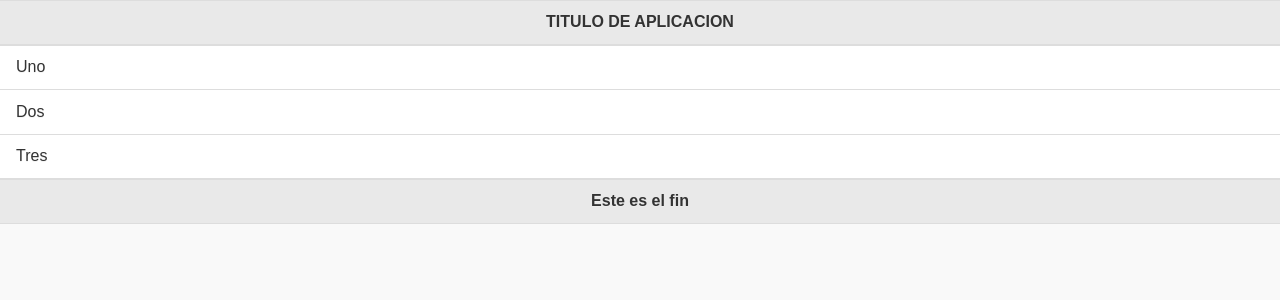
Repository: dguayara/prueba
Page: index.html
The author's editor kept a record of every edit. The page is drawn from the files as they stood at one moment, then again after the next edit.
The browser window is 1280 px wide. The pictures show the whole page.

Above is the page before.

### index.html
<!DOCTYPE html>
<html>
    <head>
        <title>APLICACION DE PRUEBA</title>
        <meta name="viewport" content="width=device-width, initial-scale=1" />
	    <link rel="stylesheet" href="jquery/jquery.mobile-1.4.5.min.css" />
	    <script src="jquery/jquery-1.11.1.min.js"></script>
	    <script src="jquery/jquery.mobile-1.4.5.min.js"></script>
    </head>
    <body>
        <header data-role="header"><h1>TITULO DE APLICACION</h1></header>
        <article data-role="content">
            <ul data-role="listview">
                <li>Uno</li>
                <li>Dos</li>
                <li>Tres</li>
            </ul>
        </article>
        <footer data-role="footer"><h2>Este es el fin</h2></footer>


    </body>
</html>

Loaded but not shown: jquery/jquery.mobile-1.4.5.min.css (library); jquery/jquery-1.11.1.min.js (library); jquery/jquery.mobile-1.4.5.min.js (library)

After the next edit:
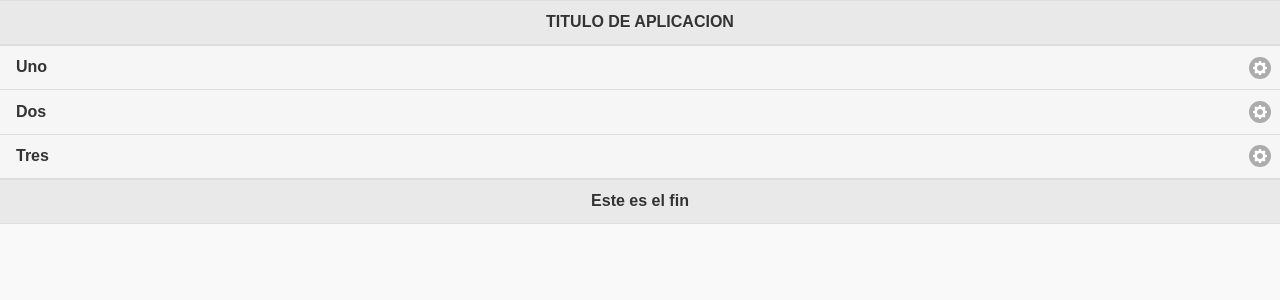
The edit:
--- a/index.html
+++ b/index.html
@@ -11,9 +11,9 @@
         <header data-role="header"><h1>TITULO DE APLICACION</h1></header>
         <article data-role="content">
             <ul data-role="listview">
-                <li>Uno</li>
-                <li>Dos</li>
-                <li>Tres</li>
+                <li data-icon="gear"><a href="#">Uno</a></li>
+                <li data-icon="gear"><a href="#">Dos</a></li>
+                <li data-icon="gear"><a href="#">Tres</a></li>
             </ul>
         </article>
         <footer data-role="footer"><h2>Este es el fin</h2></footer>
